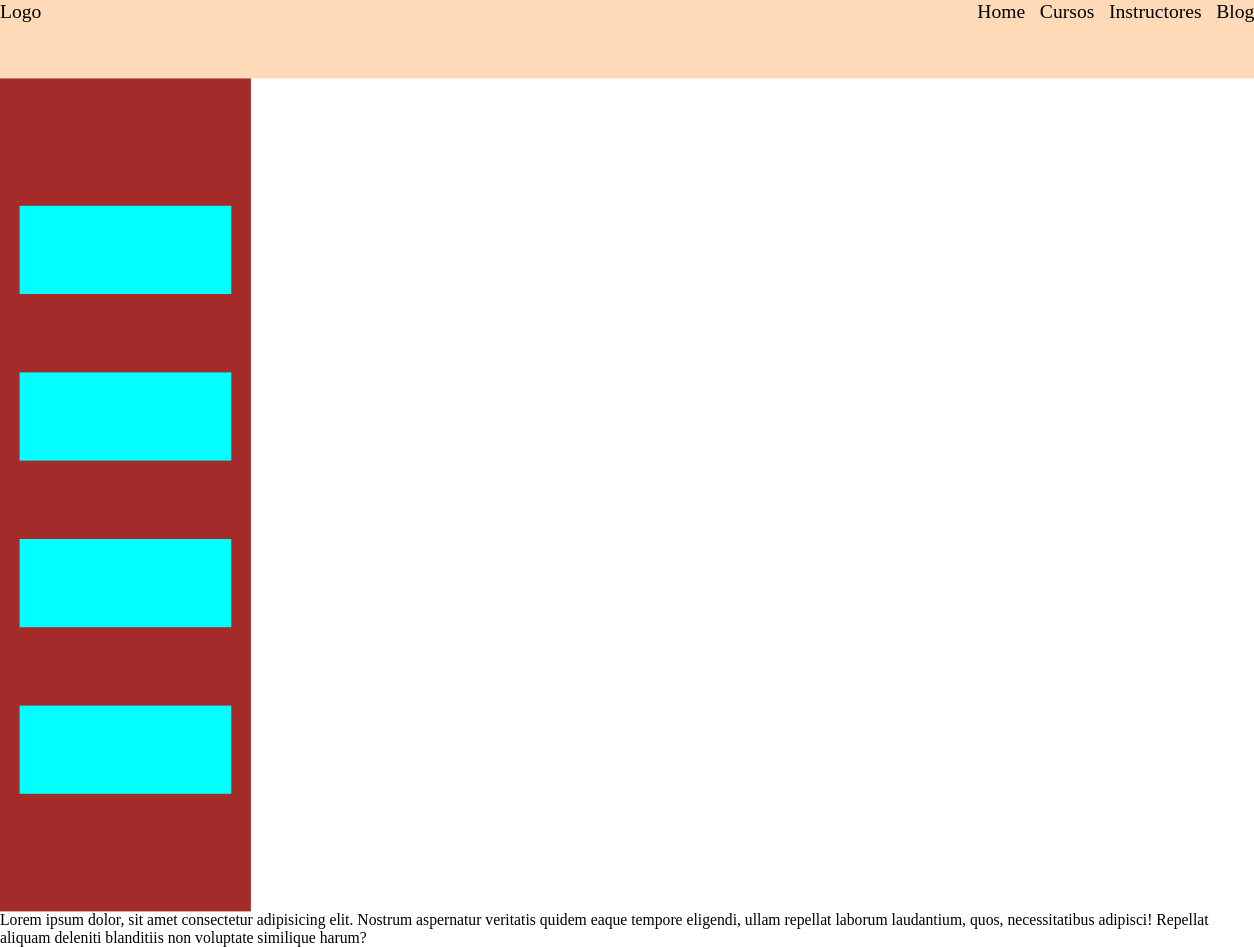
Repository: Daniel009980/daniel0099980
Page: desafiolayout1/index.html
An editor plug-in stored every save of this project. The page is shown before and after the next save, followed by the edit.
The browser window is 1280 px wide. The pictures show the whole page, at 98% of full size.

Above is the page before, as saved 2022-09-21 20:23:11.

### desafiolayout1/index.html
<!DOCTYPE html>
<html lang="en">
<head>
    <meta charset="UTF-8">
    <meta http-equiv="X-UA-Compatible" content="IE=edge">
    <meta name="viewport" content="width=device-width, initial-scale=1.0">
    <title>Desafio layout 1</title>
    <link rel="stylesheet" href="./style.css">
</head>
<body>
    <header class="cabeza">
    <p>Logo</p>
        <ul class="nav">
            <li>Home</li>
            <li>Cursos</li>
            <li>Instructores</li>
            <li>Blog</li>
        </ul>
    </header>
    <section class="seccion">
    <div class="cosas">
    <ul class="ad">
        <li></li>
        <li></li>
        <li></li>
        <li></li>
    </ul>
</div>
</section>
<section class="paraf">
    <p>Lorem ipsum dolor, sit amet consectetur adipisicing elit. Nostrum aspernatur veritatis quidem eaque tempore eligendi, ullam repellat laborum laudantium, quos, necessitatibus adipisci! Repellat aliquam deleniti blanditiis non voluptate similique harum?</p>
</section>
</body>
</html>

### desafiolayout1/style.css
*{
    box-sizing: border-box;
    margin: 0;
    padding: 0;
}

.nav li{
    display: inline-block;
    padding-left: 10px;

}

.cabeza p{
    display: inline-block;
    font-size: 20px;

}

.cabeza{
    background-color: peachpuff;
    height: 80px;
    display: flex;
    justify-content: space-between;
    flex-wrap: wrap;
}
.nav {
    list-style: none;
    font-size: 20px;
    /* text-align: right; */
}
.seccion{
    display: flex;
}
.cosas{
    width: 20%;
    justify-content: space-between;

}

.paraf{
    display: flex;
}
.ad{
    background-color: brown;
    padding-top: 50px;
    height: 850px;
  /*   display: flex;
    flex-direction: column; */
    list-style: none;
}

.ad li{
    background-color: aqua;
    margin: 20px;
    margin-top: 80px;
    height: 90px;
}

After the next save:
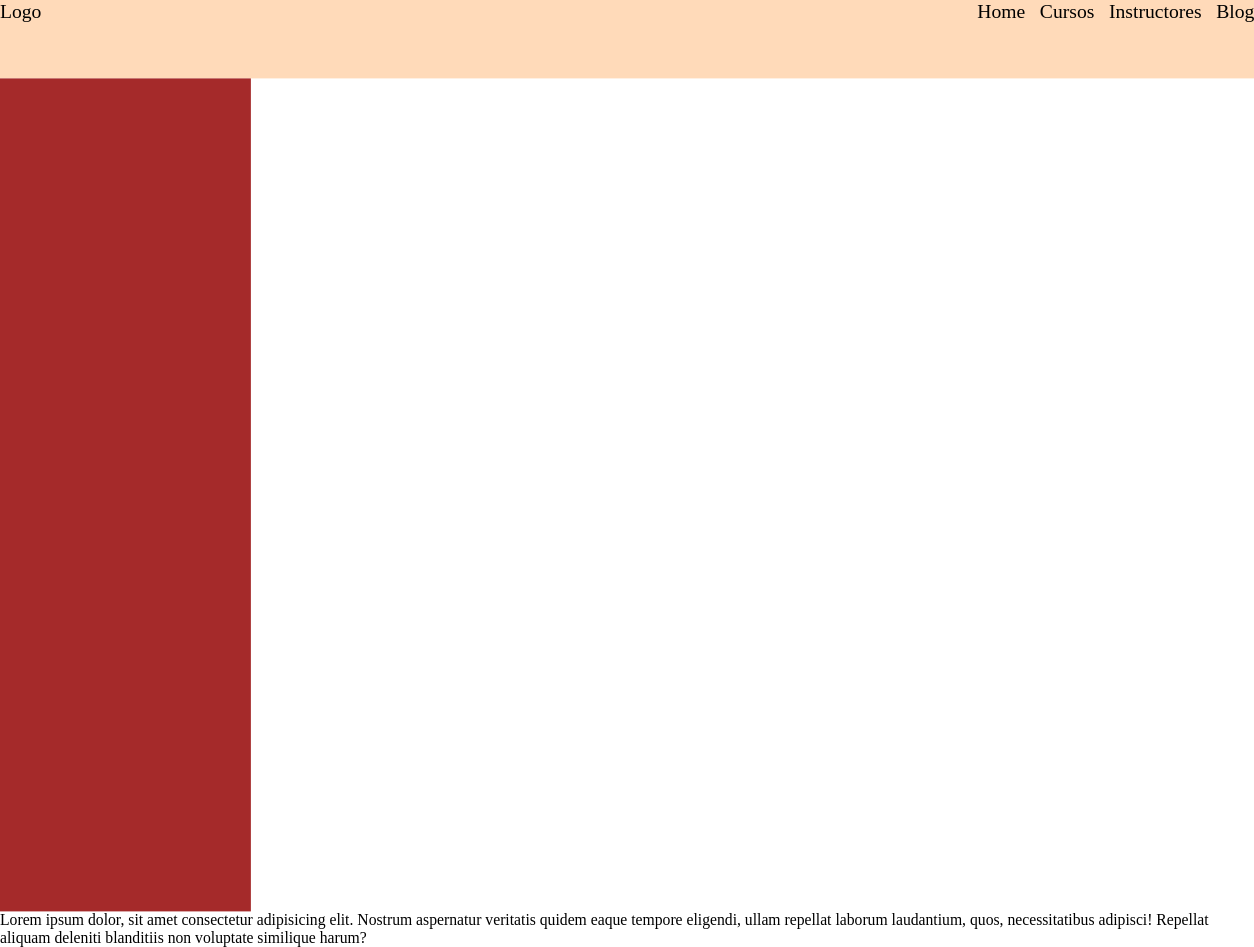
Saved 31 s later.
--- a/desafiolayout1/style.css
+++ b/desafiolayout1/style.css
@@ -51,7 +51,7 @@
 
 .ad li{
     background-color: aqua;
-    margin: 20px;
+/*     margin: 20px;
     margin-top: 80px;
-    height: 90px;
+    height: 90px; */
 }

After the save that followed:
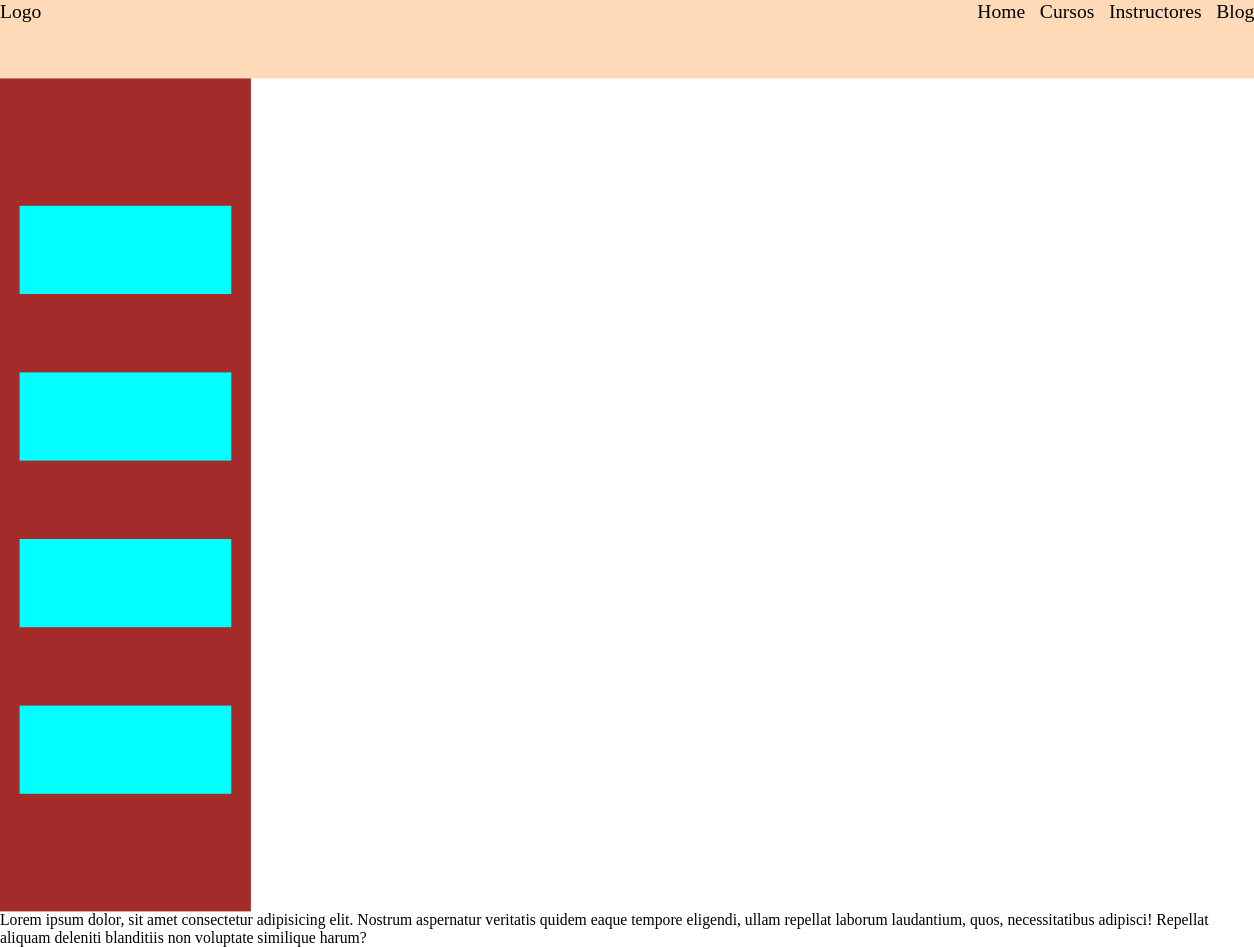
Saved 5 s later.
--- a/desafiolayout1/style.css
+++ b/desafiolayout1/style.css
@@ -51,7 +51,7 @@
 
 .ad li{
     background-color: aqua;
-/*     margin: 20px;
+    margin: 20px;
     margin-top: 80px;
-    height: 90px; */
+    height: 90px;
 }
